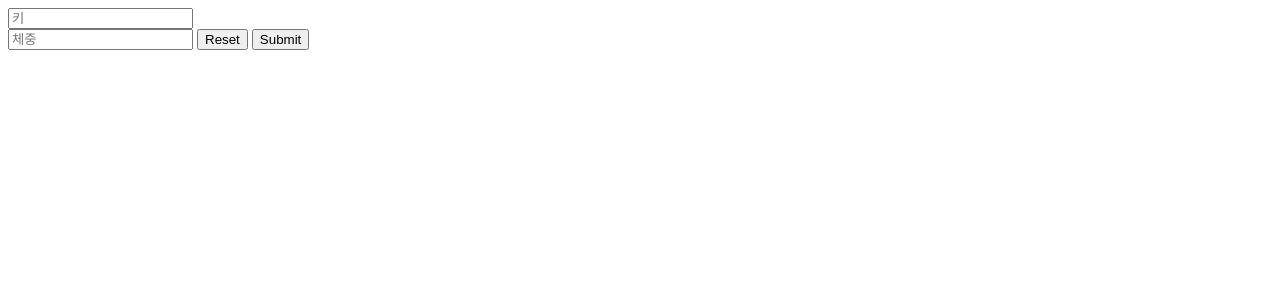
Repository: eun-chongzzz/jsp_practice
Page: http://localhost/JSPBasic/jspObject/1.requests/req_bmi.jsp
These files come from the project's save history. The page is drawn as it stood at one moment and after the next save; the edit follows.
The browser window is 1280 px wide. The pictures show the whole page.
The page is served by Tomcat 9.

Above is the page before, as saved 2022-02-04 00:54:58.

After the next save:
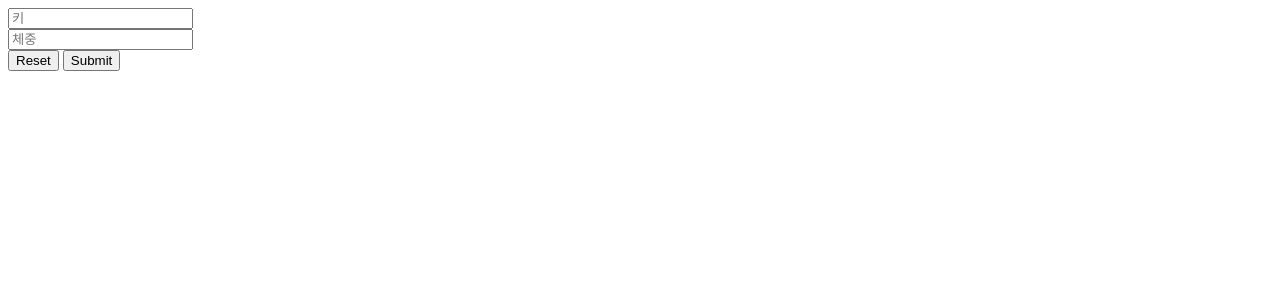
Saved 20 s later.
--- a/JSPBasic/src/main/webapp/jspObject/1.requests/req_bmi.jsp
+++ b/JSPBasic/src/main/webapp/jspObject/1.requests/req_bmi.jsp
@@ -18,7 +18,7 @@
 
 	<form action="req_bmi_result.jsp" method="get">
 	<input type="text" name="height" placeholder="키"><br>
-	<input type="text" name="weight" placeholder="체중">
+	<input type="text" name="weight" placeholder="체중"><br>
 	<input type="reset"/>
 	<input type="submit"/>
 	</form>
